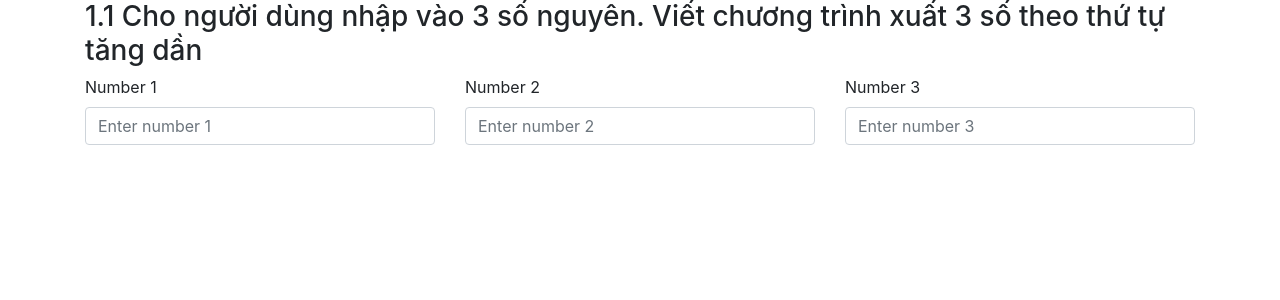
Repository: baobaodeveloper/bootscamp21__jsbasic__HuynhAnhBao
Page: index.html
An editor plug-in stored every save of this project. The page is shown before and after the next save, followed by the edit.
The browser window is 1280 px wide. The pictures show the whole page.

Above is the page before, as saved 2022-03-09 23:04:10.

### index.html
<!DOCTYPE html>
<html lang="en">
  <head>
    <title>javaScript basic</title>
    <!-- Required meta tags -->
    <meta charset="utf-8" />
    <meta
      name="viewport"
      content="width=device-width, initial-scale=1, shrink-to-fit=no"
    />

    <!-- Bootstrap CSS -->
    <link
      rel="stylesheet"
      href="https://stackpath.bootstrapcdn.com/bootstrap/4.3.1/css/bootstrap.min.css"
      integrity="sha384-ggOyR0iXCbMQv3Xipma34MD+dH/1fQ784/j6cY/iJTQUOhcWr7x9JvoRxT2MZw1T"
      crossorigin="anonymous"
    />
  </head>
  <body>
    <div class="container">
      <h3>
        1.1 Cho người dùng nhập vào 3 số nguyên. Viết chương trình xuất 3 số
        theo thứ tự tăng dần
      </h3>

      <div class="row">
        <div class="col">
          <label class="form-label">Number 1</label>
          <input
            type="number"
            class="form-control"
            placeholder="Enter number 1"
          />
        </div>
        <div class="col">
          <label class="form-label">Number 2</label>
          <input
            type="number"
            class="form-control"
            placeholder="Enter number 2"
          />
        </div>
        <div class="col">
          <label class="form-label">Number 3</label>
          <input
            type="number"
            class="form-control"
            placeholder="Enter number 3"
          />
        </div>
      </div>
    </div>
    <!-- Optional JavaScript -->
    <!-- jQuery first, then Popper.js, then Bootstrap JS -->
    <script
      src="https://code.jquery.com/jquery-3.3.1.slim.min.js"
      integrity="sha384-q8i/X+965DzO0rT7abK41JStQIAqVgRVzpbzo5smXKp4YfRvH+8abtTE1Pi6jizo"
      crossorigin="anonymous"
    ></script>
    <script
      src="https://cdnjs.cloudflare.com/ajax/libs/popper.js/1.14.7/umd/popper.min.js"
      integrity="sha384-UO2eT0CpHqdSJQ6hJty5KVphtPhzWj9WO1clHTMGa3JDZwrnQq4sF86dIHNDz0W1"
      crossorigin="anonymous"
    ></script>
    <script
      src="https://stackpath.bootstrapcdn.com/bootstrap/4.3.1/js/bootstrap.min.js"
      integrity="sha384-JjSmVgyd0p3pXB1rRibZUAYoIIy6OrQ6VrjIEaFf/nJGzIxFDsf4x0xIM+B07jRM"
      crossorigin="anonymous"
    ></script>
  </body>
</html>

After the next save:
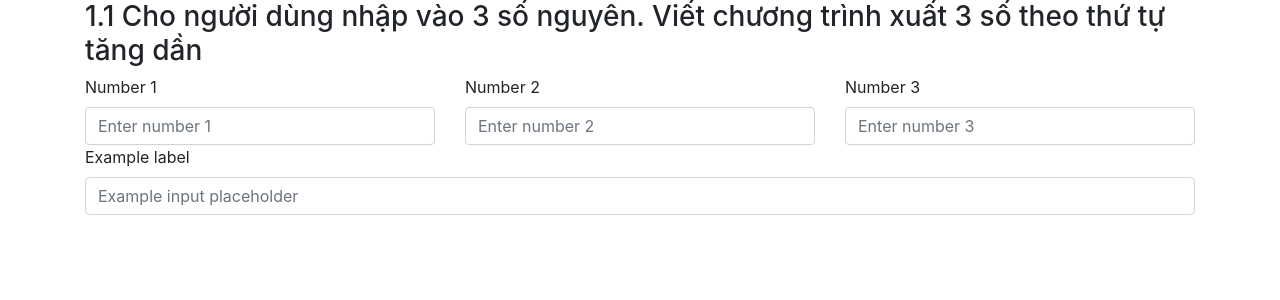
Saved 52 s later.
--- a/index.html
+++ b/index.html
@@ -50,6 +50,18 @@
           />
         </div>
       </div>
+
+      <div class="mb-3">
+        <label for="formGroupExampleInput" class="form-label"
+          >Example label</label
+        >
+        <input
+          type="text"
+          class="form-control"
+          id="formGroupExampleInput"
+          placeholder="Example input placeholder"
+        />
+      </div>
     </div>
     <!-- Optional JavaScript -->
     <!-- jQuery first, then Popper.js, then Bootstrap JS -->
